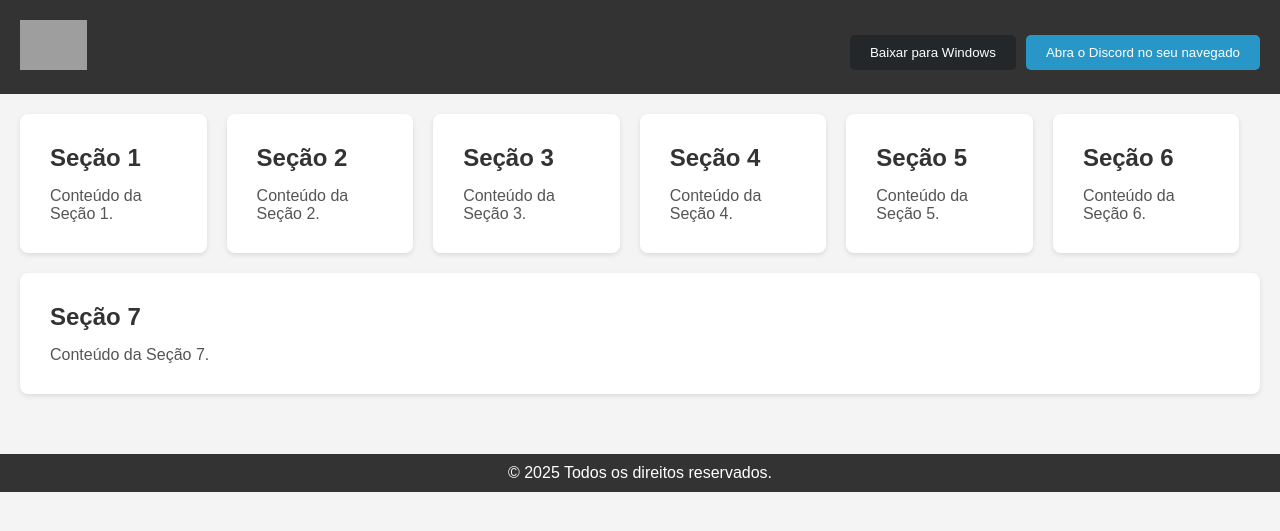
Repository: gustavotwist/projeto-discord
Page: index.html
The author's editor kept a copy of each file at every save. The page is drawn from the files as they stood at one save, then again after a run of saves.
The browser window is 1280 px wide. The pictures show the whole page.
The pointer rests on the first visible `.header-buttons .signup-btn`.
Pictures or frames that could not be fetched are drawn as grey boxes.

Above is the page before, as saved 2025-03-09 17:54:53.

After the next 2 saves:
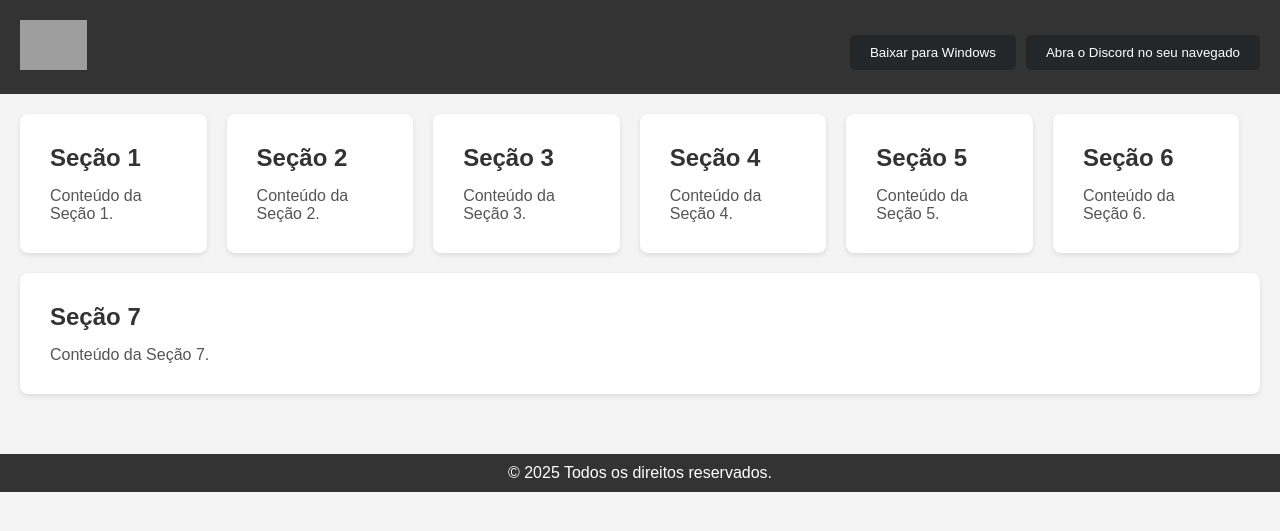
The 2 saves are shown as one change because they came seconds apart.
The last was saved 8 s later.
--- a/css/style.css
+++ b/css/style.css
@@ -81,7 +81,7 @@ header nav ul li a:hover {
 }
 
 .header-buttons .signup-btn:hover {
-    background-color: #2897c7; /* Cor de fundo mais escura ao passar o mouse */
+    background-color: #23272A; /* Cor de fundo mais escura ao passar o mouse */
 }
 
 
